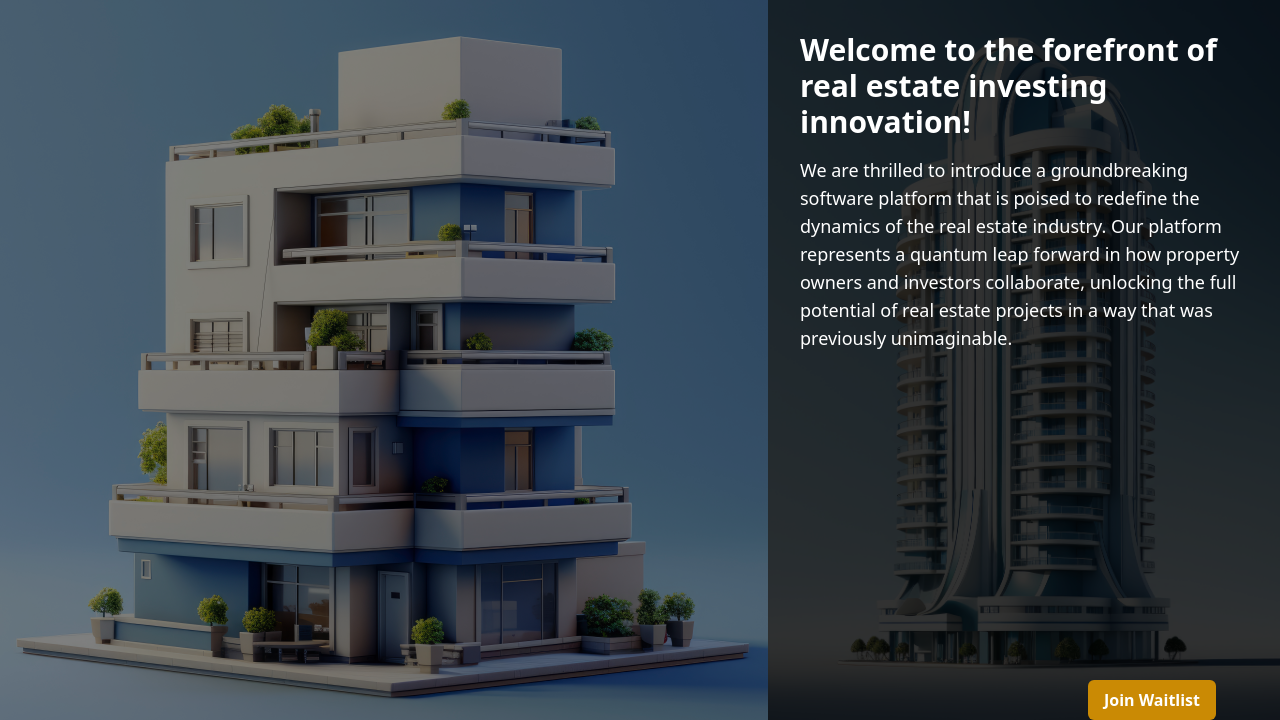
Repository: brytemenz/investnest-landing
Page: /
These files come from the project's save history. The page is drawn as it stood at one moment and after the next save; the edit follows.
The browser window is 1280 px wide. The pictures show the whole page.
The project was rebuilt for these pictures with package versions that can differ from the ones it lists, and the page was loaded fresh each time. Also part of the build but not shown: vite.config.js.

Above is the page before, as saved 2024-05-28 19:15:16.

### src/main.jsx
// src/main.jsx
import 'antd/dist/reset.css';
import './index.css';
import './landingPage.css';
import React from 'react';
import ReactDOM from 'react-dom/client';
import App from './App';

ReactDOM.createRoot(document.getElementById('root')).render(
  <React.StrictMode>
    <App />
  </React.StrictMode>
);

### src/landingPage.css
/* src/landingPage.css */
.bg-cover {
  background-size: cover;
}

.bg-center {
  background-position: center;
}

### src/App.jsx
// src/App.jsx
import React from 'react';
import LandingPage from './pages/landingPage';

const App = () => {
  return (
    <LandingPage />
  );
};

export default App;

### src/pages/landingPage.jsx
// src/pages/LandingPage.jsx
import React from 'react';
import leftImage from '../assets/leftimage.jpg';
import rightImage from '../assets/rightimage.jpg';
import '../landingPage.css';

const LandingPage = () => {
  return (
    <div className="flex min-h-screen">
      <div className="w-3/5 relative">
        <div className="absolute inset-0 bg-black bg-opacity-50"></div>
        <div className="bg-cover bg-center h-full" style={{ backgroundImage: `url(${leftImage})` }}></div>
      </div>
      <div className="w-2/5 relative flex flex-col justify-between">
        <div className="bg-cover bg-center h-full" style={{ backgroundImage: `url(${rightImage})` }}>
          <div className="absolute inset-0 bg-black bg-opacity-80 flex flex-col justify-start text-white px-8">
            <div className="mt-8">
              <h2 className="text-3xl font-bold mb-4">Welcome to the forefront of real estate investing innovation!</h2>
              <p className="text-lg mb-6">We are thrilled to introduce a groundbreaking software platform that is poised to redefine the dynamics of the real estate industry. Our platform represents a quantum leap forward in how property owners and investors collaborate, unlocking the full potential of real estate projects in a way that was previously unimaginable.</p>
            </div>
            <button className="bg-yellow-600 text-white px-4 py-2 rounded-md font-bold self-end mt-auto mr-8">Join Waitlist</button>
          </div>
        </div>
      </div>
    </div>
  );
};

export default LandingPage;

Loaded but not shown: src/index.css (common file); tailwind.config.js (common file)

After the next save:
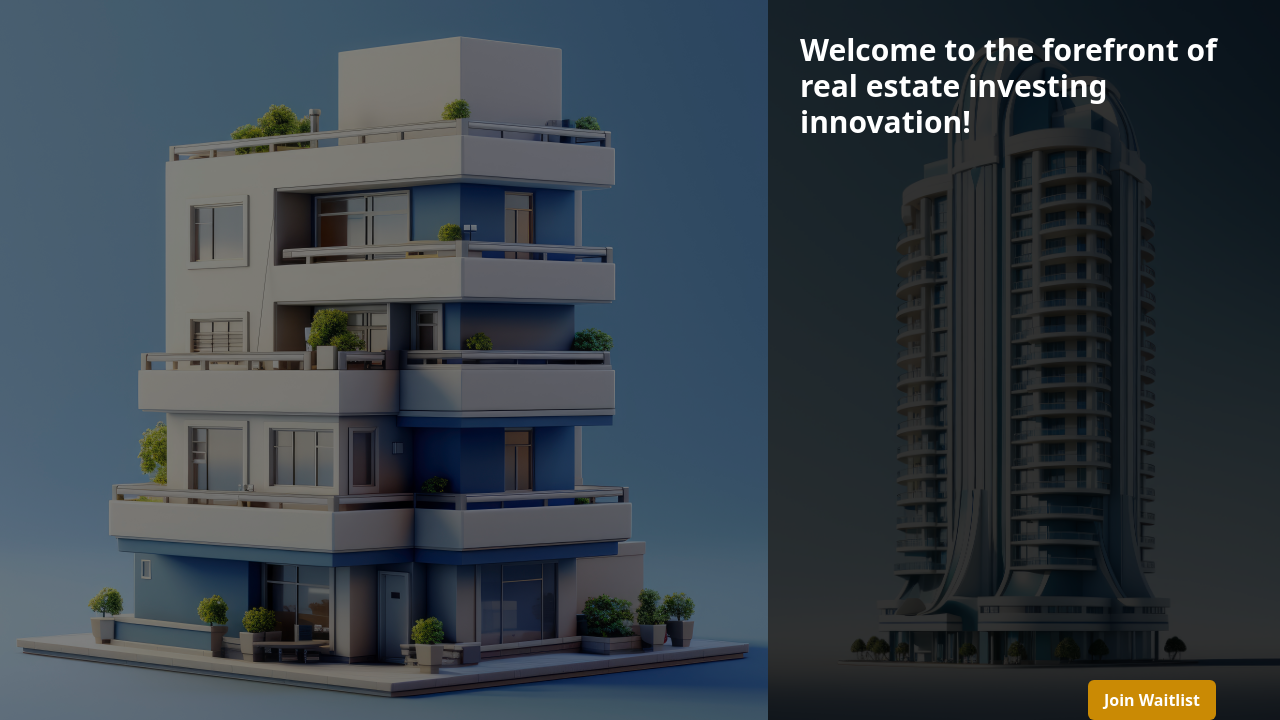
Saved 12 s later.
--- a/src/pages/landingPage.jsx
+++ b/src/pages/landingPage.jsx
@@ -16,7 +16,6 @@ const LandingPage = () => {
           <div className="absolute inset-0 bg-black bg-opacity-80 flex flex-col justify-start text-white px-8">
             <div className="mt-8">
               <h2 className="text-3xl font-bold mb-4">Welcome to the forefront of real estate investing innovation!</h2>
-              <p className="text-lg mb-6">We are thrilled to introduce a groundbreaking software platform that is poised to redefine the dynamics of the real estate industry. Our platform represents a quantum leap forward in how property owners and investors collaborate, unlocking the full potential of real estate projects in a way that was previously unimaginable.</p>
             </div>
             <button className="bg-yellow-600 text-white px-4 py-2 rounded-md font-bold self-end mt-auto mr-8">Join Waitlist</button>
           </div>
